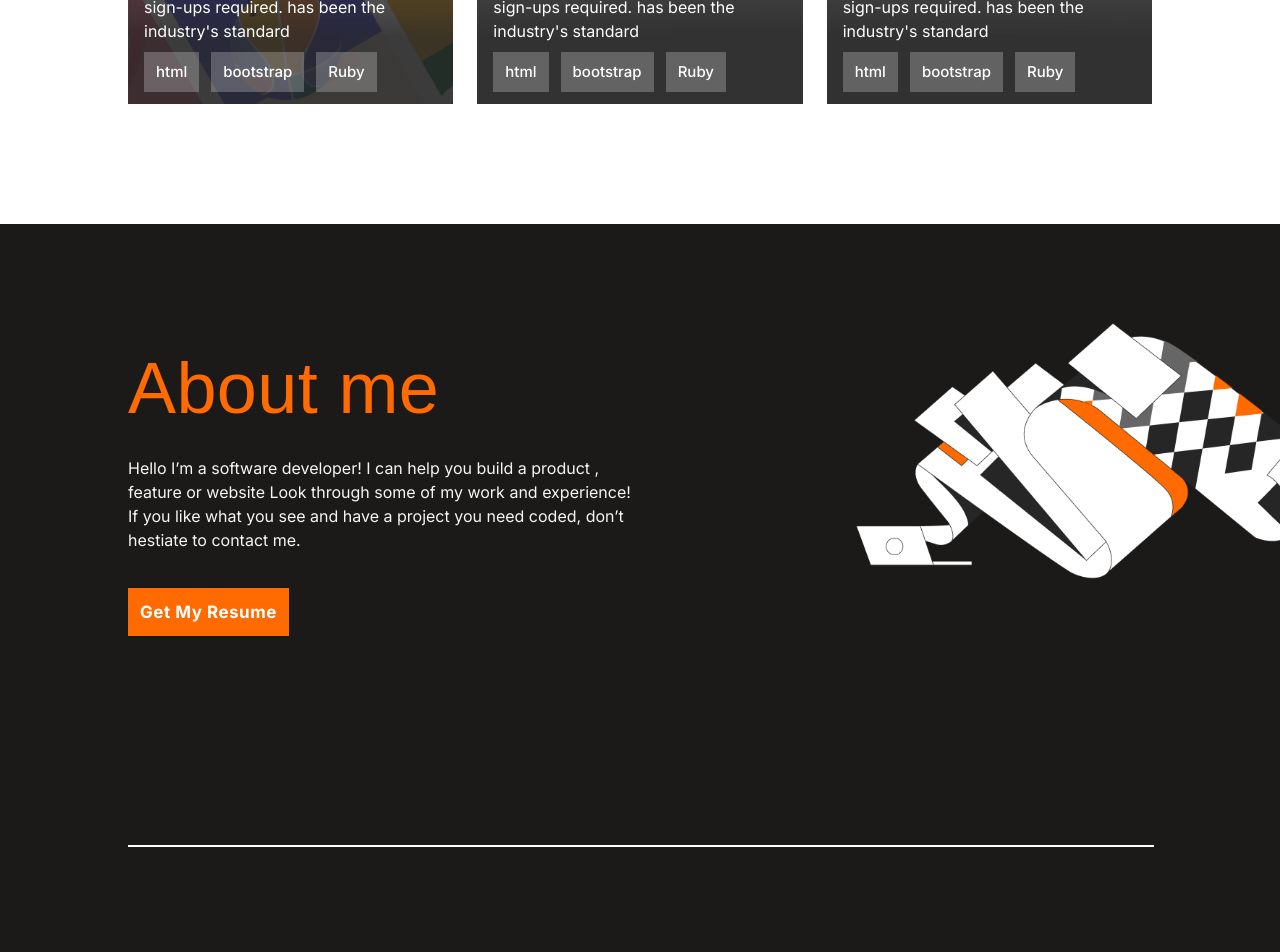
Repository: camilevahviraki/Portfolio
Page: index.html
An editor plug-in stored every save of this project. The page is shown before and after the next save, followed by the edit.
The browser window is 1280 px wide. The pictures show the part of the page from y = 2567 to 3519 px (the page is 4849 px tall).
Pictures or frames that could not be fetched are drawn as grey boxes. A picture or video elsewhere on the page could not be fetched, so the positions and the page height are approximate. Some web fonts or font styles are not loaded; a fallback is used.

Above is the page before, as saved 2022-03-25 12:40:04.

After the next save:
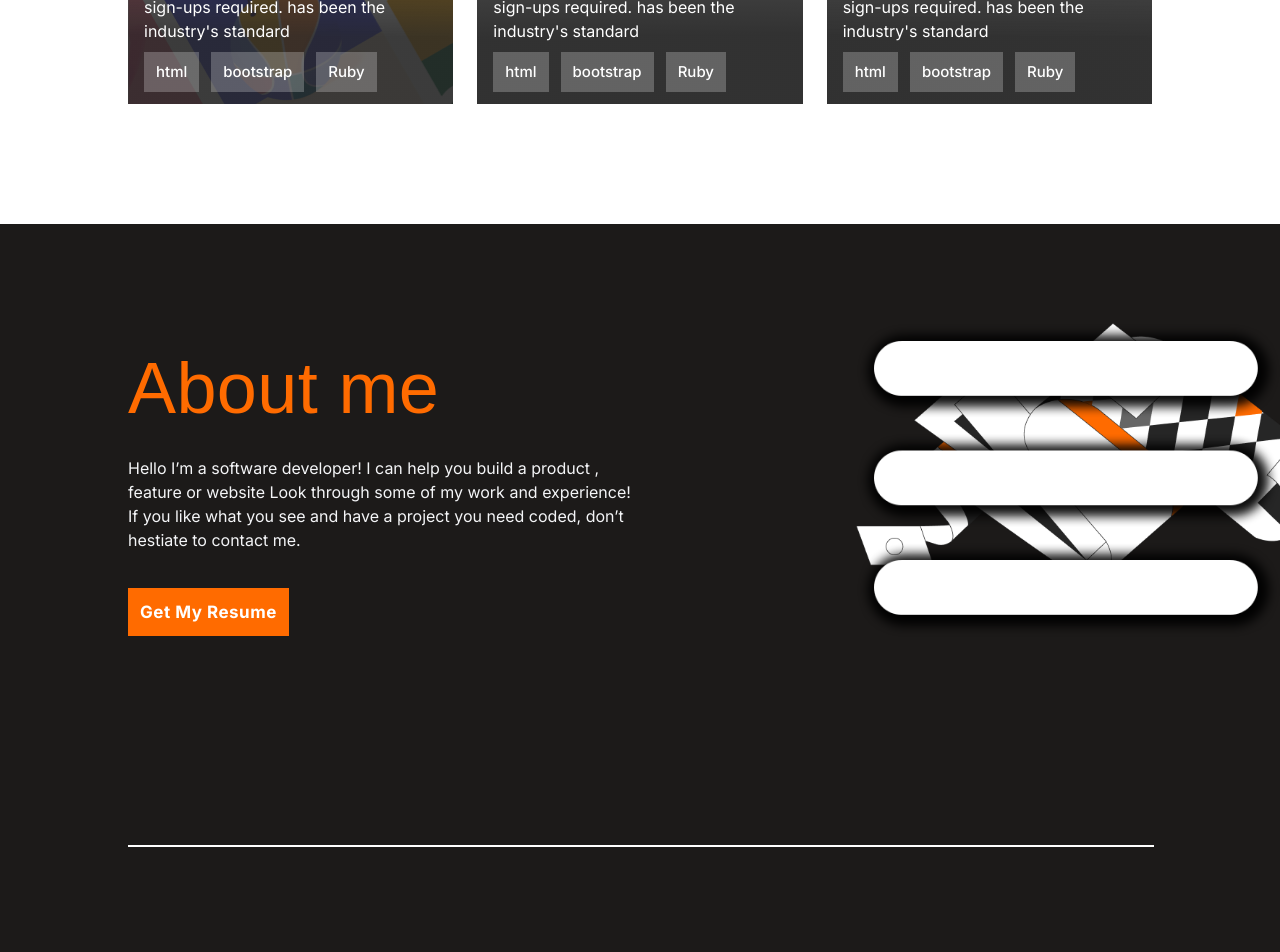
Saved 2 min 23 s later.
--- a/index.html
+++ b/index.html
@@ -187,6 +187,7 @@
       </p>
       <button class="btn_about">Get My Resume</button>
       <img src="./images_desk/Frame_about_me.png" alt="" class="img_about_me" />
+      <img src="./images/clipart365828.png" alt="" class="img_about_me" />
       <div class="bottom_line"></div>
 
       <div class="languages_div">
